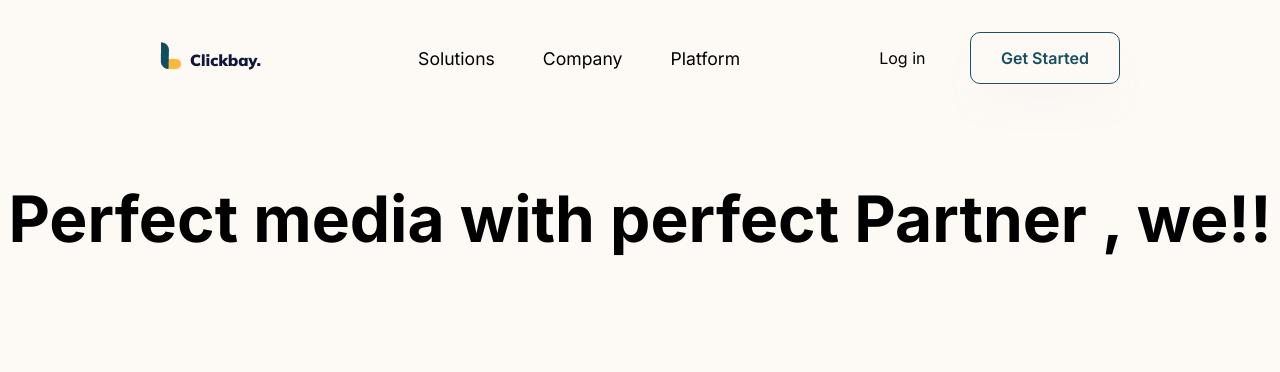
Repository: badhon252/Clickbay
Page: index.html
The author's editor kept a copy of each file at every save. The page is drawn from the files as they stood at one save, then again after the next save.
The browser window is 1280 px wide. The pictures show the whole page.
The style sheet was rebuilt from its Sass, Less or Tailwind sources for each picture, by a compiler version that may differ from the author's.

Above is the page before, as saved 2022-09-03 23:07:43.

### index.html
<!DOCTYPE html>
<html lang="en">

<head>
    <meta charset="UTF-8">
    <meta http-equiv="X-UA-Compatible" content="IE=edge">
    <meta name="viewport" content="width=device-width, initial-scale=1.0">
    <link rel="stylesheet" href="./scss/style.css">
    <title>Document</title>
</head>

<body>
    <header class="">
        <nav class="navbar container">
            <div class="navbar_brand">
                <img src="./images/logo.png" alt="Image not found!">
            </div>

            <ul class="nav">
                <li class="nav-items"><a href="" class="nav-links">Solutions</a></li>
                <li class="nav-items"><a href="" class="nav-links">Company</a></li>
                <li class="nav-items"><a href="" class="nav-links">Platform</a></li>
            </ul>

            <div class="nav-btns">
                <button class="btn nav-log">Log in</button>
                <button class="btn nav-start">Get Started</button>
            </div>
        </nav>

        <div class="header-content">
            <h1 class="h1 my-4">
                Perfect media with perfect Partner , we!!
            </h1>
        </div>
    </header>
</body>

</html>

### scss/style.scss
@import url("https://fonts.googleapis.com/css2?family=Inter:wght@400;600;700;800;900&display=swap");
* {
  margin: 0;
  padding: 0;
  box-sizing: border-box;
  font-family: "Inter", sans-serif;
}
.container {
  margin: 0 10rem;
}
.btn {
  outline: none;
  border: none;
  padding: 15px 30px;
  font-size: 1rem;
  background-color: transparent;
}
.h1 {
  font-size: 4rem;
}

// margin
.my-1 {
  margin: 1rem 0;
}
.my-2 {
  margin: 2rem 0;
}
.my-3 {
  margin: 3rem 0;
}
.my-4 {
  margin: 4rem 0;
}
.my-5 {
  margin: 5rem 0;
}

//==============================
//===================
//==============================
header {
  background-color: #fdf9f4;
  min-height: 100vh;
  .navbar {
    padding: 2rem 0;
    display: flex;
    justify-content: space-between;
    align-items: center;
    font-weight: 500;
    .nav {
      display: flex;
      .nav-items {
        margin-left: 3rem;
        list-style-type: none;
        .nav-links {
          text-decoration: none;
          color: black;
          font-size: 1.1rem;
          font-weight: 500;
        }
      }
    }

    .nav-start {
      border: 1px solid #1a5365;
      box-shadow: 0px 25px 35px -20px rgba(232, 236, 243, 0.5);
      border-radius: 10px;
      color: #154f61;
      font-weight: 600;
      margin-left: 10px;
    }
  }

  .h1 {
    text-align: center;
  }
}

After the next save:
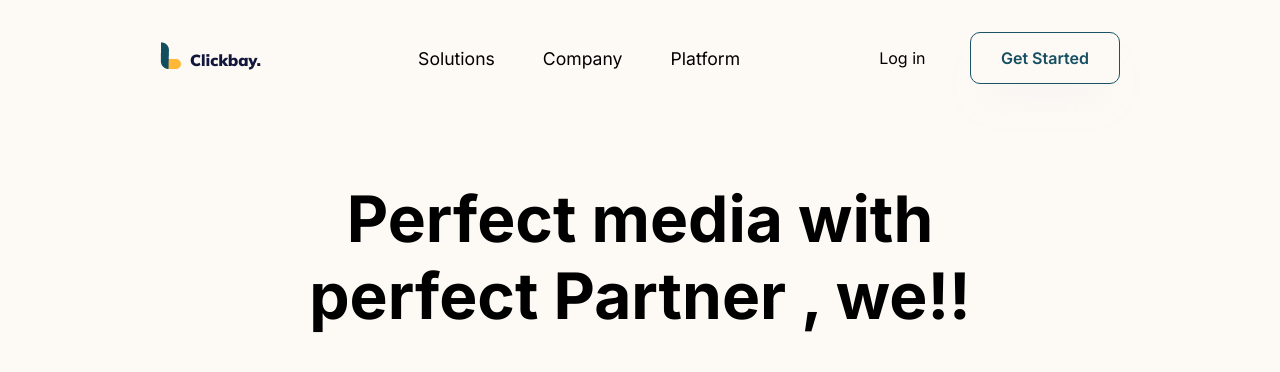
Saved 15 s later.
--- a/index.html
+++ b/index.html
@@ -30,7 +30,7 @@
 
         <div class="header-content">
             <h1 class="h1 my-4">
-                Perfect media with perfect Partner , we!!
+                Perfect media with <br> perfect Partner , we!!
             </h1>
         </div>
     </header>
